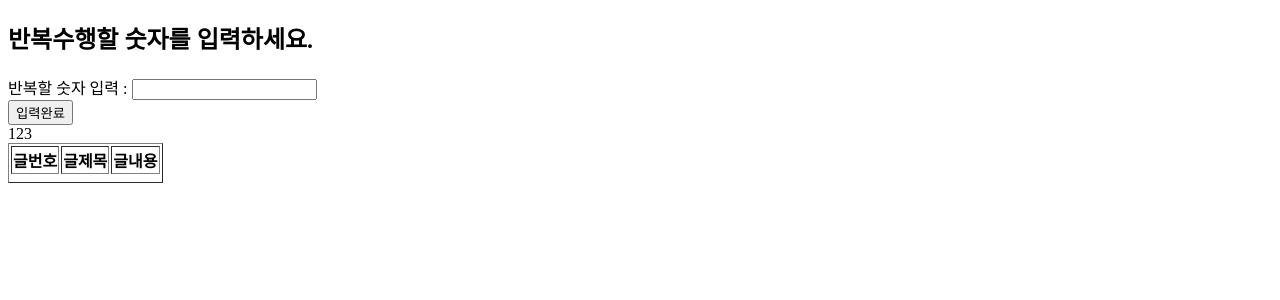
Repository: gugucon-hwan/ForStudyJSP
Page: http://localhost/StudyBasicJSP/ch06/ex06-04Form.jsp
These files come from the project's save history. The page is drawn as it stood at one moment and after a run of saves; the edit follows.
The browser window is 1280 px wide. The pictures show the whole page.
The page is served by Tomcat 9.

Above is the page before, as saved 2020-08-15 16:17:35.

After the next 2 saves:
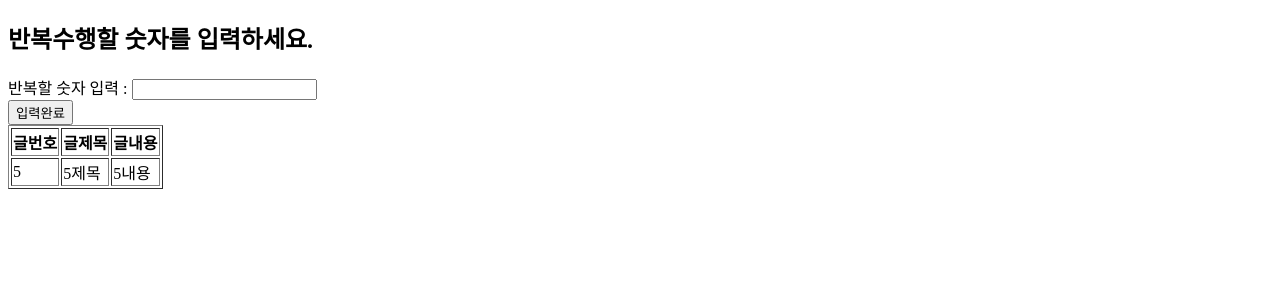
The 2 saves are shown as one change because they came seconds apart.
The last was saved 58 s later.
--- a/StudyBasicJSP/WebContent/ch06/ex06-04Form.jsp
+++ b/StudyBasicJSP/WebContent/ch06/ex06-04Form.jsp
@@ -16,9 +16,11 @@
 		<th>글번호</th>
 		<th>글제목</th>
 		<th>글내용</th>
-		<tr>1</tr>
-		<tr>2</tr>
-		<tr>3</tr>
+		<tr>
+			<td>5</td>
+			<td>5제목</td>
+			<td>5내용</td>
+		</tr>
 
 	</table>
 </body>
